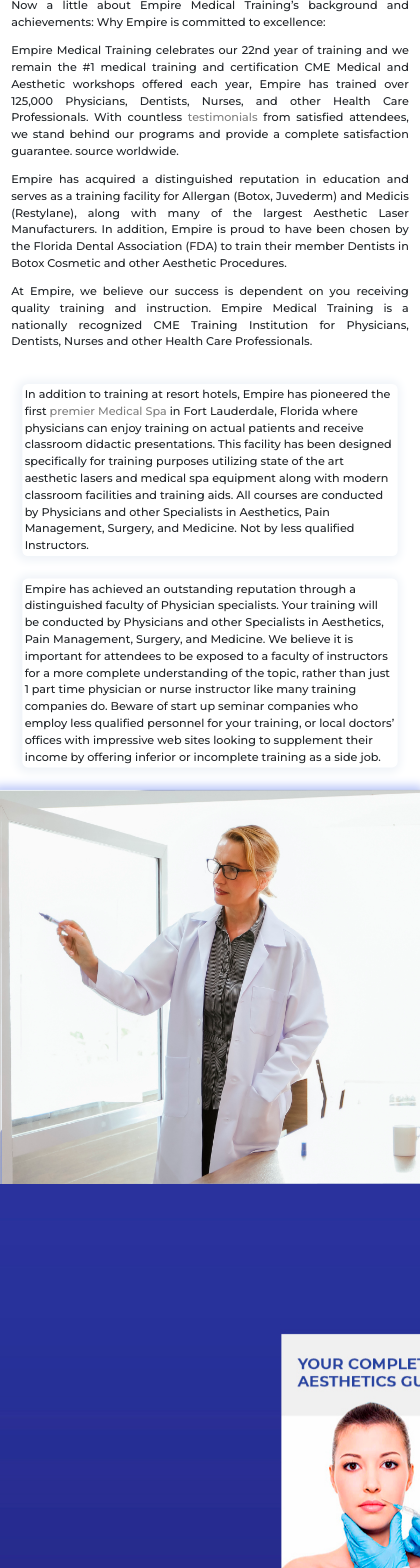
Repository: jorgi710/BODY-CONTOURING-INJECTABLES-AND-ADJUNCT-PROCEDURES
Page: our quarantee/file/public/index.html
An editor plug-in stored every save of this project. The page is shown before and after the next save, followed by the edit.
The browser window is 600 px wide. The pictures show the part of the page from y = 3059 to 5299 px (the page is 7763 px tall), at 70% of full size.

Above is the page before, as saved 2021-04-06 23:43:46.

After the next save:
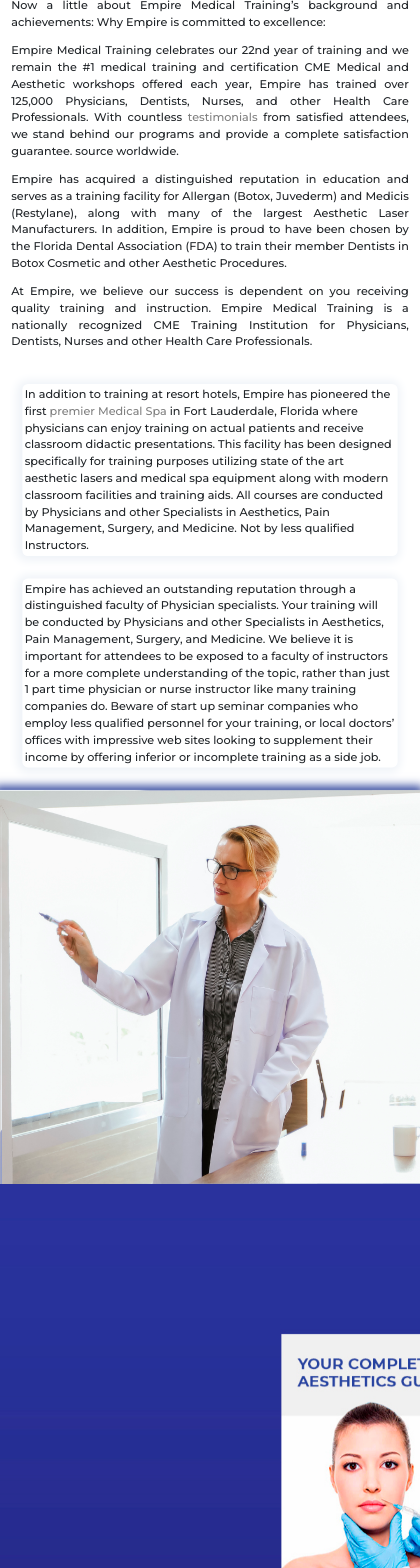
Saved 32 s later.
--- a/our quarantee/file/public/css/style.css
+++ b/our quarantee/file/public/css/style.css
@@ -312,7 +312,7 @@
     border-radius: 0.5rem;
   }
   .section_3 .row .col-md-6 img {
-    box-shadow: -2px 1px 13px 6px #bac6f8;
-    object-fit: cover;
-  }
-}
+    box-shadow: -2px 1px 13px 6px #31469d;
+    object-fit: cover;
+  }
+}
